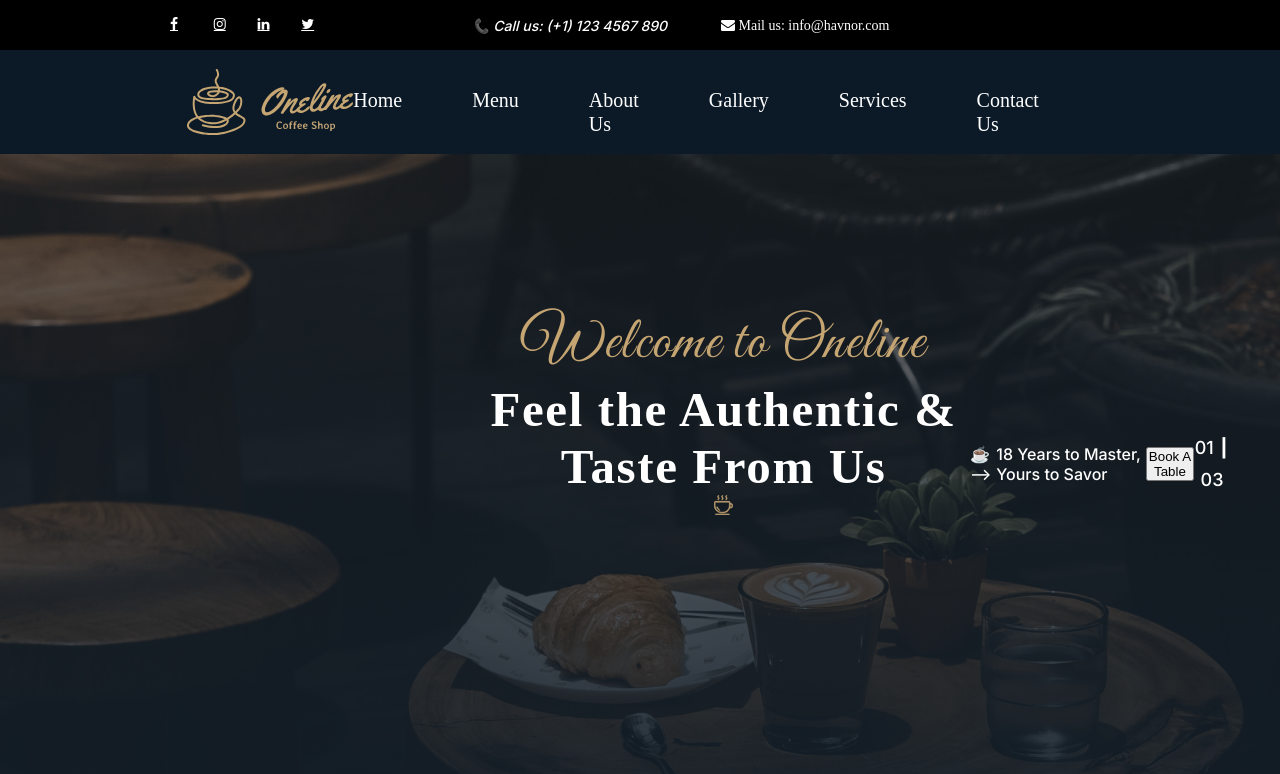
Repository: abhayzulasana/Online-Coffee-Shop
Page: index.html
An editor plug-in stored every save of this project. The page is shown before and after the next save, followed by the edit.
The browser window is 1280 px wide. The pictures show the whole page.

Above is the page before, as saved 2025-05-14 10:16:58.

### index.html
<!DOCTYPE html>
<html lang="en">
<head>
  <meta charset="UTF-8" />
  <meta name="viewport" content="width=device-width, initial-scale=1.0" />
  <title>Oneline Coffee Shop</title>
  <link rel="stylesheet" href="style.css" />
  <link rel="stylesheet" href="https://cdnjs.cloudflare.com/ajax/libs/font-awesome/4.7.0/css/font-awesome.min.css">

  <link rel="preconnect" href="https://fonts.googleapis.com" />
  <link rel="preconnect" href="https://fonts.gstatic.com" crossorigin />
  <link href="https://fonts.googleapis.com/css2?family=Great+Vibes&family=Inter:wght@300;500;700&display=swap" rel="stylesheet">
</head>
<body>
  <header class="top-bar">
    <div class="social-icons">
      <a href="#" class="fa fa-facebook"></a>
      <a href="#" class="fa fa-instagram"></a>
      <a href="#" class="fa fa-linkedin"></a>
      <a href="#" class="fa fa-twitter"></a>

    </div>
    <div class="contact-info">
      <i class="call"> 📞   Call us: (+1) 123 4567 890</i>
      <i class="fa fa-envelope">    Mail us: info@havnor.com</i>

    </div>
  </header>

  <nav class="navbar">
    <div class="logo">
      <img src="img/cafelogo.svg">
      <!-- <span>☕</span>
      <span class="logo-text">Oneline <small>Coffee Shop</small></span> -->
    </div>
    <ul class="nav-links">
      <li>Home</li>
      <li>Menu</li>
      <li>About Us</li>
      <li>Gallery</li>
      <li>Services</li>
      <li>Contact Us</li>
    </ul>
  </nav>

  <section class="hero">
    <div class="hero-content">
  <center>
      <h2>Welcome to Oneline</h2>
      <h1>Feel the Authentic & Taste From Us</h1>
      <img src="img/cafe.svg"> </center></div

      <!-- <div class="divider">☕</div> -->
      <p>18 Years to Master, Yours to Savor</p>
      <button>Book A Table</button>
    </div>
  </center>
    <div class="scroll-number">
      <span>01</span>
      <span>┃</span>
      <span>03</span>
    </div>
  </section>
</body>
</html>

### style.css
/* Reset & Base */
* {
    margin: 0;
    padding: 0px;
    box-sizing: border-box;
  }

  body {
    font-family: 'Inter', sans-serif;
    color: white;
    /* margin-left:90px; */
    height: 100vh;
  }

  /* Top Bar */
  .top-bar {
    top: 0px;
    width: 100%;
    height: 50px;
    background-color: #000;
    color: white;
    display: flex;
    justify-content: space-between;
    padding: 10px 30px;
    font-size: 14px;

  }

  .social-icons a {
    margin-top:7px;
    width:40px;
    height: 17px;

    /* margin-right: 10px; */
    color: white;
    /* margin-left: 0px; */
    /* gap: 10px; */
  }
  .fa-facebook{
    margin-left: 140px;
  }
  .contact-info{
      display: flex;
      gap: 40px;
      margin-right: 320px;
      font-family: 'Inter', sans-serif;

      align-items: center;

  }
  .call{
      /* gap: 70px; */
      font-family: 'Inter', sans-serif;

      /* font: normal normal medium 16px/19px Montserrat; */
      width: 209px;
  }
  .fa-envelope{
    width: 209px;
    font-family: 'Inter', sans-serif;

  }

  /* Navbar */
  .navbar {
    top: 47px;
    margin-left: 0px;
    width: 100%;
    height: 104px;
    background-color: #0c1a28;
    display: flex;
    justify-content: space-between;
    text-align: left;
    /* align-items: center; */
    padding: 15px 50px;
  }

  .logo {
    display: flex;
    align-items: center;
    font-size: 70px;
    /* color: #C5A572; */
  }
.logo img{
  margin-left: 137px;
}
  /* .logo span{
    margin-left: 50px;
    color: #C5A572;
  } */
  .logo-text {
    top: 81px;
    width: 92px;
    height: px;
    color: #C5A572;
    font-family: 'Great Vibes', cursive;
    margin-left: 210px;
    font-size: 45px;
  }

  .logo-text small {
    display: block;
    font-size: 12px;
    font-family: 'Inter', sans-serif;
  }

  .nav-links {
    /* margin-left: 57px; */
    margin-right: 290px;
    margin-top: 23px;
    height: 24px;
    list-style: none;
    display: flex;
    gap: 70px;
    /* text-align: left; */
    font: normal normal normal 20px/24px Montserrat;
    color: #FFFFFF;
    opacity: 1;
  }

  .nav-links li {
    cursor: pointer;
  }

  /* Hero Section */
  .hero {
    top: 151px;
    left: 0px;
    width: 100%;
    height: 500px;
    display: flex;
    justify-content: space-between;
    align-items: center;
    height: calc(100vh - 100px);
    padding: 0 50px;
    background: url('img/bgcafe.png');
  background-repeat: no-repeat;
  background-size: cover;
  background-position: center;
  }

  .hero-content {
    top: 398px;
    margin-left: 427px;
    width: 857px;
    height: 317px;
    max-width: 50%;
  }

  .hero-content h2 {
    /* text-align: left; */
    font: normal normal normal 60px/75px Great Vibes;
    letter-spacing: 1.2px;
    color: #C5A572;

  }

  .hero-content h1 {
    font: normal normal normal ;
    font-family:Bellefair;
    font-size: 49px;
    letter-spacing: 1.6px;

    /* margin-bottom: 20px; */
  }

  .divider {
    font-size: 20px;
    color: #d4af37;
    margin-bottom: 10px;
  }

  .hero-content p {
    margin-bottom: 30px;
    font-weight: 300;
  }

  .hero-content button {
    padding: 10px 25px;
    font-size: 16px;
    background-color: transparent;
    border: 2px solid white;
    color: white;
    cursor: pointer;
    transition: 0.3s;
  }

  .hero-content button:hover {
    background-color: white;
    color: #000;
  }

  .scroll-number {
    text-align: center;
    font-size: 18px;
    line-height: 1.8;
  }

After the next save:
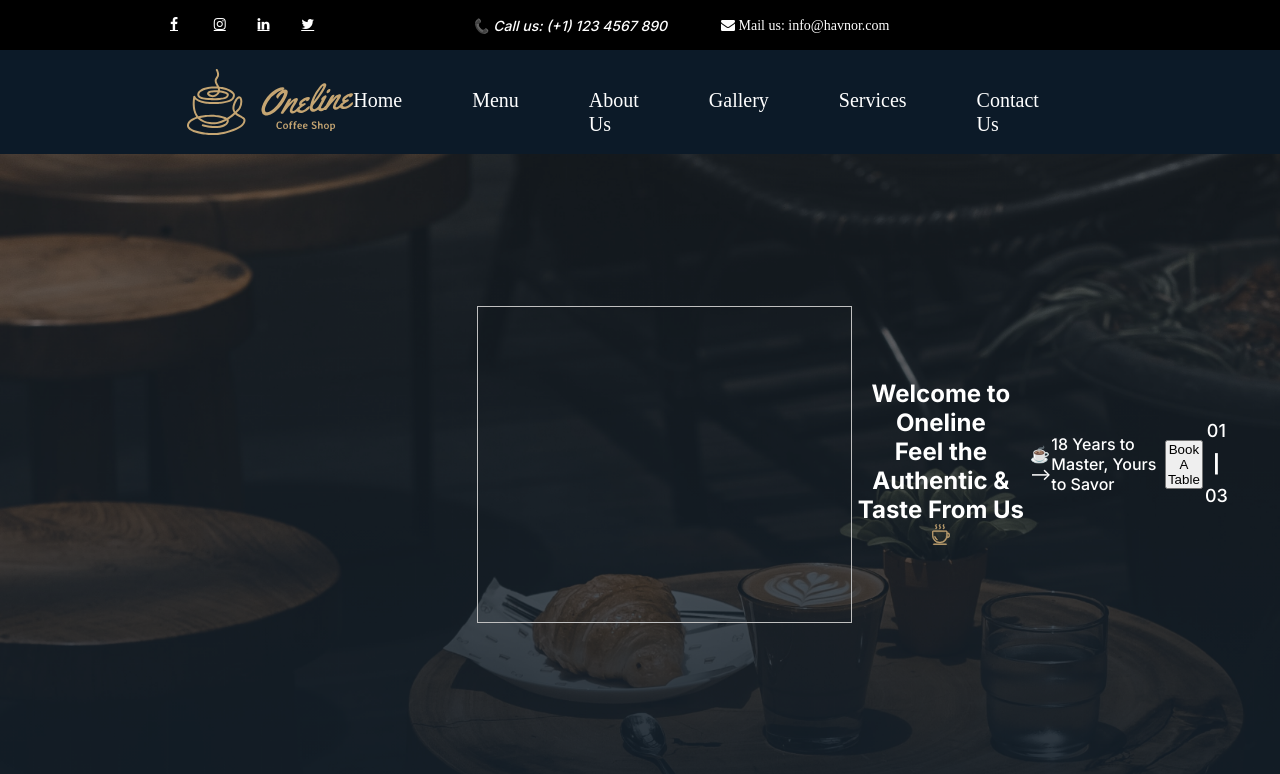
Saved 8 s later.
--- a/index.html
+++ b/index.html
@@ -44,11 +44,11 @@
   </nav>
 
   <section class="hero">
-    <div class="hero-content">
+    <img class="hero-content">
   <center>
       <h2>Welcome to Oneline</h2>
       <h1>Feel the Authentic & Taste From Us</h1>
-      <img src="img/cafe.svg"> </center></div
+      <img src="img/cafe.svg"> </center></img
 
       <!-- <div class="divider">☕</div> -->
       <p>18 Years to Master, Yours to Savor</p>

After the save that followed:
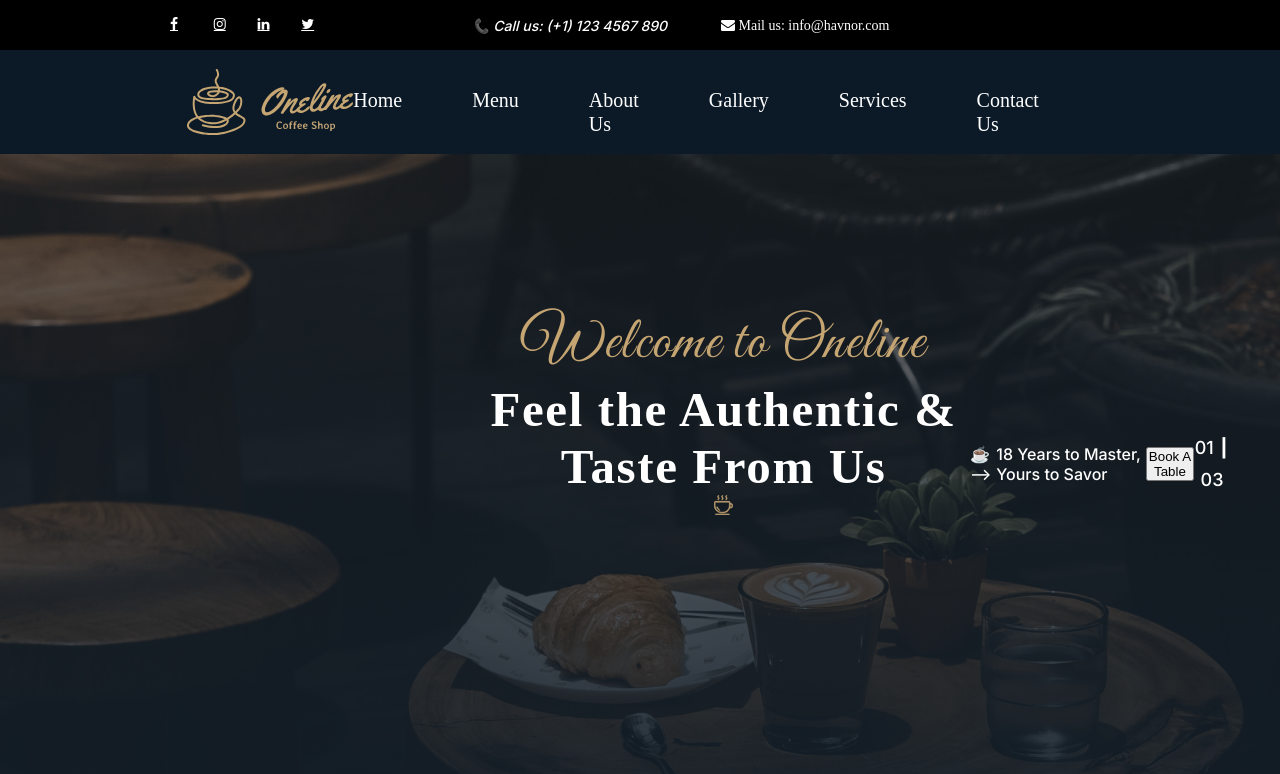
Saved 8 s later.
--- a/index.html
+++ b/index.html
@@ -44,11 +44,11 @@
   </nav>
 
   <section class="hero">
-    <img class="hero-content">
+    <div class="hero-content">
   <center>
       <h2>Welcome to Oneline</h2>
       <h1>Feel the Authentic & Taste From Us</h1>
-      <img src="img/cafe.svg"> </center></img
+      <img src="img/cafe.svg"> </center></div
 
       <!-- <div class="divider">☕</div> -->
       <p>18 Years to Master, Yours to Savor</p>
